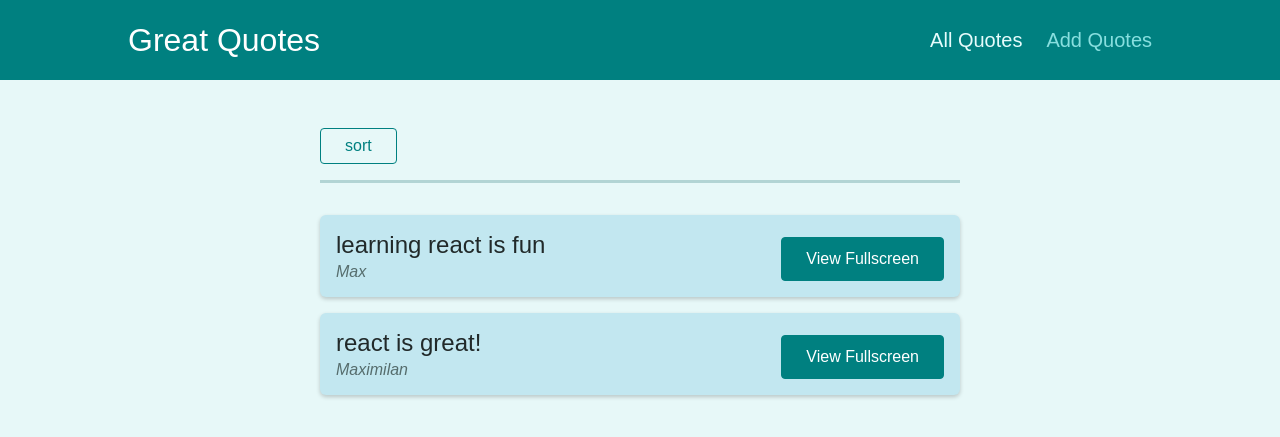
Repository: NamalPathirana/react-router-prac-two-demo
Page: /quotes
An editor plug-in stored every save of this project. The page is shown before and after the next save, followed by the edit.
The browser window is 1280 px wide. The pictures show the whole page.
The project was rebuilt for these pictures with package versions that can differ from the ones it lists, and the page was loaded fresh each time. Also part of the build but not shown: src/components/UI/Card.module.css, src/components/UI/Card.js, src/components/UI/LoadingSpinner.module.css, src/components/UI/LoadingSpinner.js, src/components/quotes/QuoteForm.module.css, src/components/quotes/QuoteForm.js, src/components/pages/AddQuotes.js, src/components/pages/NotFound.js and 7 more.

Above is the page before, as saved 2022-04-21 16:13:10.

### src/App.js
import { Fragment } from "react";
import { Redirect, Route, Switch } from "react-router-dom";
import Layout from "./components/layout/Layout";
import AddQuotes from "./components/pages/AddQuotes";
import NotFound from "./components/pages/NotFound";
import QuotesDetails from "./components/pages/Quote-details";
import Quotes from "./components/pages/Quotes";

function App() {
  return (
    <Fragment>
      <Layout>
        <Switch>
          <Route path="/" exact>
            <Redirect to="/quotes"></Redirect>
          </Route>
          <Route path="/quotes" exact>
            <Quotes></Quotes>
          </Route>
          <Route path="/quotes/:quoteID">
            <QuotesDetails></QuotesDetails>
          </Route>
          <Route path="/add-quotes" exact>
            <AddQuotes></AddQuotes>
          </Route>
          <Route path="*">
            <NotFound></NotFound>
          </Route>
        </Switch>
      </Layout>
    </Fragment>
  );
}

export default App;

### src/components/layout/Layout.js
import { Fragment } from "react";
import Header from "./Header";
import classes from "./Layout.module.css"


const Layout = (props) => {
    return <Fragment>
        <Header></Header>
        <main className={classes.main} >{props.children}</main>
    </Fragment>
}


export default Layout;

### src/components/pages/Quotes.js
import { Fragment  } from "react";
import { Link } from "react-router-dom";
import QuotesList from "../quotes/QuoteList"

const DUMMY_QUOTES = [
    { id:'q1', author:'Max', text:'learning react is fun'},
    { id:'q2', author:'Maximilan', text:'react is great!'},
];

const Quotes = () => {
    return <QuotesList quotes={DUMMY_QUOTES}></QuotesList>
}

export default Quotes;

### src/components/layout/Header.js
import { NavLink } from "react-router-dom";
import classes from "./MainNavigation.module.css";

const Header = () => {
  return (
    <header className={classes.header}>
      <p className={classes.logo}>Great Quotes</p>
      <nav className={classes.nav}>
        <ul>
          <li>
            <NavLink activeClassName={classes.active} to="/quotes">All Quotes</NavLink>
          </li>
          <li>
            <NavLink activeClassName={classes.active} to="/add-quotes">Add Quotes</NavLink>
          </li>
        </ul>
      </nav>
    </header>
  );
};

export default Header;

### src/components/quotes/QuoteList.js
import { Fragment } from 'react';
import { useHistory, useLocation } from 'react-router-dom';

import QuoteItem from './QuoteItem';
import classes from './QuoteList.module.css';

const QuoteList = (props) => {
  const history = useHistory();
  const location = useLocation();

  const queryParams = new URLSearchParams(location.search);

  const isAscending = queryParams.get('sort') === 'asc';

  const onSortingHandler = () => {
    history.push('/quotes?sort='+isAscending?'desc':'ace');
    console.log(location.search);
  }

  return (
    <Fragment>
      <div className={classes.sorting}>
        <button onClick={onSortingHandler}>
          sort
        </button>
      </div>
      <ul className={classes.list}>
        {props.quotes.map((quote) => (
          <QuoteItem
            key={quote.id}
            id={quote.id}
            author={quote.author}
            text={quote.text}
          />
        ))}
      </ul>
    </Fragment>
  );
};

export default QuoteList;

Loaded but not shown: public/index.html (common file); src/index.js (common file); src/index.css (common file); src/components/layout/Layout.module.css (common file); src/components/layout/MainNavigation.module.css (common file); src/components/quotes/QuoteItem.js (common file); src/components/quotes/QuoteList.module.css (common file); src/components/quotes/QuoteItem.module.css (common file)

After the next save:
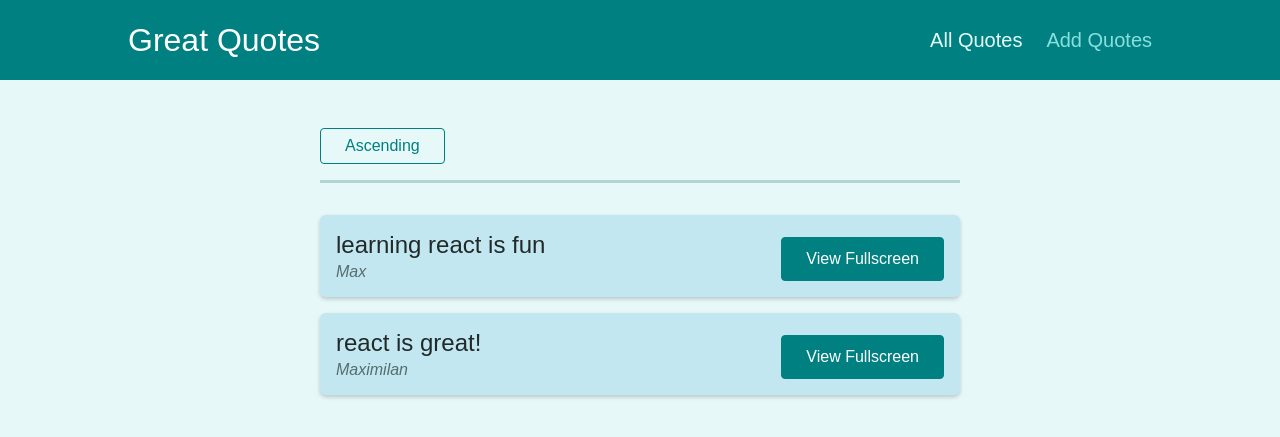
Saved 32 s later.
--- a/src/components/quotes/QuoteList.js
+++ b/src/components/quotes/QuoteList.js
@@ -21,7 +21,7 @@ const QuoteList = (props) => {
     <Fragment>
       <div className={classes.sorting}>
         <button onClick={onSortingHandler}>
-          sort
+          {isAscending?'Descending':'Ascending'}
         </button>
       </div>
       <ul className={classes.list}>
